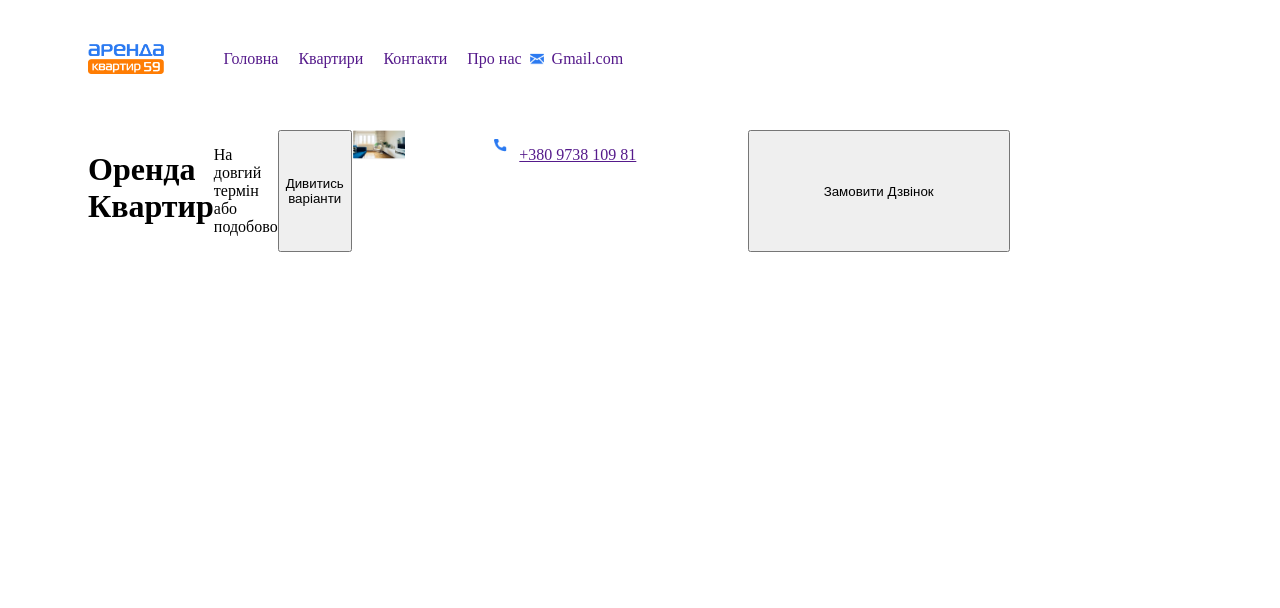
Repository: batonAnton/HW-7-grid
Page: index.html
An editor plug-in stored every save of this project. The page is shown before and after the next save, followed by the edit.
The browser window is 1280 px wide. The pictures show the whole page.

Above is the page before, as saved 2022-06-22 17:31:57.

### index.html
<!DOCTYPE html>
<html lang="en">
<head>
    <meta charset="UTF-8">
    <meta http-equiv="X-UA-Compatible" content="IE=edge">
    <meta name="viewport" content="width=device-width, initial-scale=1.0">
    <link rel="stylesheet" href="./css/style.css">
    <title>Grid</title>
</head>
<body>
    <header>
        <div class="wrapper allstyles">
            <!-- <div class="wrapper-child logo"> -->
                <img src="./images/logo.png" alt="logo">
            <!-- </div> -->
            <!-- <div class="wrapper-child"> -->
                <nav>
                    <ul>
                        <a href="">
                            <li>Головна</li>
                        </a>
                        <a href="">
                            <li>Квартири</li>
                        </a>
                        <a href="">
                            <li>Контакти</li>
                        </a>

                        <a href="">
                            <li>Про нас</li>
                        </a>

                    </ul>
                </nav>
            <!-- </div> -->
            <!-- <div class="wrapper-child email"> -->

                <!-- <div> -->
                    <img src="./images/email.png" alt="email">
                    <a href=""> Gmail.com</a>
                <!-- </div> -->
            </div>
            <!-- <div class="wrapper-child phone"> -->
                <div>
                    <img src="./images/phone.png" alt="phone">
                    <a href="">+380 9738 109 81</a>
                <!-- </div> -->
            </div>
            <!-- <div class="wrapper-child btn"> -->
                <button>Замовити Дзвінок </button>
            <!-- </div> -->
            <div class=" wrapper2 section allstyles">
                <!-- <div class="info"> -->
                    <h1>Оренда Квартир</h1>
                    <p>На довгий термін <br> або подобово</p>
                    <button>Дивитись варіанти</button>
                <!-- </div> -->

                <div class="banner">
                    <img src="./images/bigBanner.png" alt="banner">
                </div>
            </div>
        </div>


    </header>


</body>
</html>

### css/style.css
.allstyles {
  margin: 0 80px;
}

header {
  display: grid;
  grid-template-columns: repeat(4, 1fr);
    grid-template-rows: repeat(4, 1fr);
}
header img{
    height: 30px;
}
.wrapper {
  /* display: flex;
  justify-content: space-between;
  grid-column: 1/6; */
  display: flex;
    align-items: center;
    margin-top: 25px;
    grid-column: 1 / 5;
    grid-row: 1 / 2;
    height: 51px;
    z-index: 1;
}

.wrapper nav ul {
  display: inline-flex;
}

.wrapper .email div {
  align-items: center;
  display: flex;
}

.wrapper .phone div {
  display: flex;
  align-items: center;
}

.wrapper ul a li {
  list-style: none;
  margin-left: 20px;
}
.wrapper a {
  text-decoration: none;
}

.btn button {
  padding: 15px 30px;
  color: #fff;
  background: linear-gradient(89.77deg, #ff7a00 0.2%, #ffb039 99.82%);
  box-shadow: 0px 10px 20px rgba(255, 122, 0, 0.2);
  border-radius: 25px;
  border: none;
}

.wrapper2{
    grid-column: 1 / 3;
    grid-row: 1 / 3;
}
.section {
  display: flex;
  justify-content: space-around;
  grid-column: 1/2;
  grid-row: 2/3;
}

After the next save:
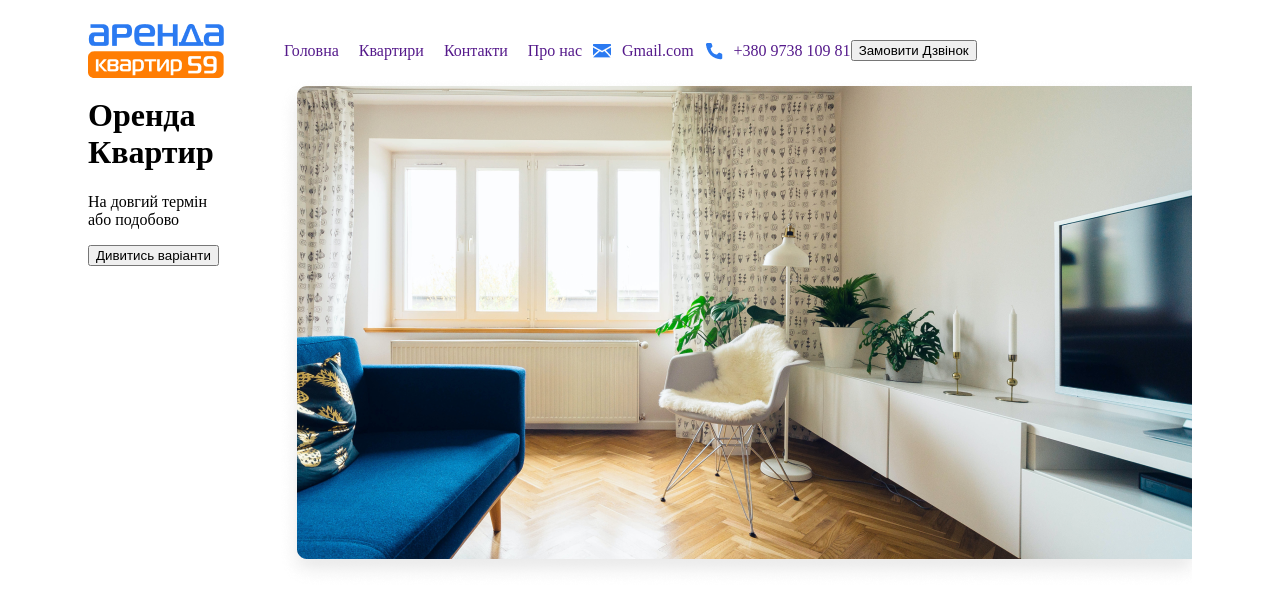
Saved 3 min 32 s later.
--- a/index.html
+++ b/index.html
@@ -7,8 +7,8 @@
     <link rel="stylesheet" href="./css/style.css">
     <title>Grid</title>
 </head>
-<body>
-    <header>
+<div>
+    <div>
         <div class="wrapper allstyles">
             <!-- <div class="wrapper-child logo"> -->
                 <img src="./images/logo.png" alt="logo">
@@ -39,22 +39,24 @@
                     <img src="./images/email.png" alt="email">
                     <a href=""> Gmail.com</a>
                 <!-- </div> -->
-            </div>
+
             <!-- <div class="wrapper-child phone"> -->
-                <div>
+
                     <img src="./images/phone.png" alt="phone">
                     <a href="">+380 9738 109 81</a>
                 <!-- </div> -->
-            </div>
+
             <!-- <div class="wrapper-child btn"> -->
                 <button>Замовити Дзвінок </button>
             <!-- </div> -->
+            </div>
+
             <div class=" wrapper2 section allstyles">
-                <!-- <div class="info"> -->
+                <div class="info">
                     <h1>Оренда Квартир</h1>
                     <p>На довгий термін <br> або подобово</p>
                     <button>Дивитись варіанти</button>
-                <!-- </div> -->
+                </div>
 
                 <div class="banner">
                     <img src="./images/bigBanner.png" alt="banner">
@@ -63,7 +65,11 @@
         </div>
 
 
+
+
     </header>
+
+    <!--
 
 
 </body>
